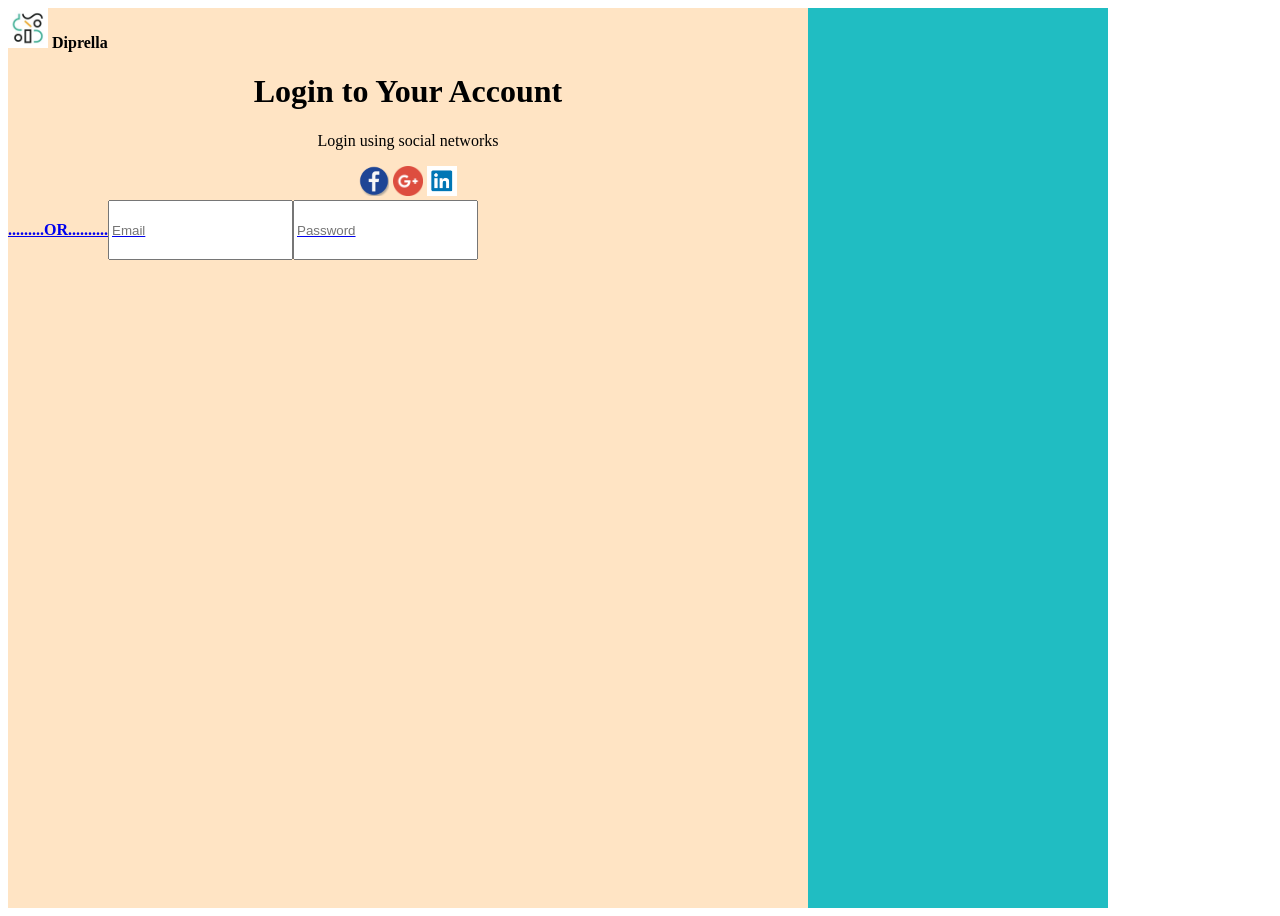
Repository: Tobby004/bdc-assignment-3
Page: task.html
The author's editor kept a copy of each file at every save. The page is drawn from the files as they stood at one save, then again after the next save.
The browser window is 1280 px wide. The pictures show the whole page.

Above is the page before, as saved 2023-02-21 23:30:18.

After the next save:
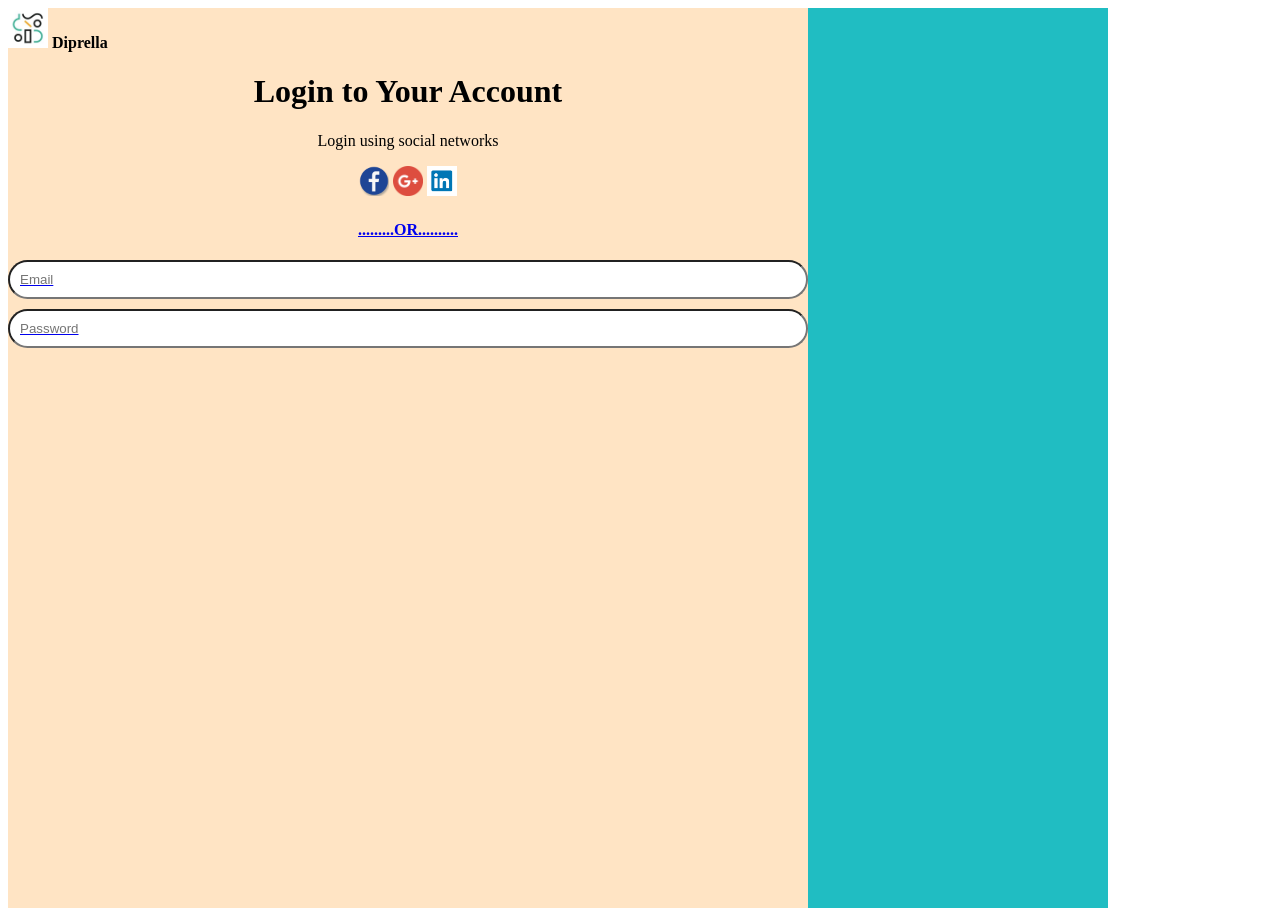
Saved 7 min 45 s later.
--- a/task.css
+++ b/task.css
@@ -33,6 +33,11 @@ div .logo {
 }
 h4 {
     text-align: center;
-}.form-input {
+}
+input {
     display: flex;
+    width: 100%;
+    padding: 10px;
+    margin-top: 10px;
+    border-radius: 20px;
 }
